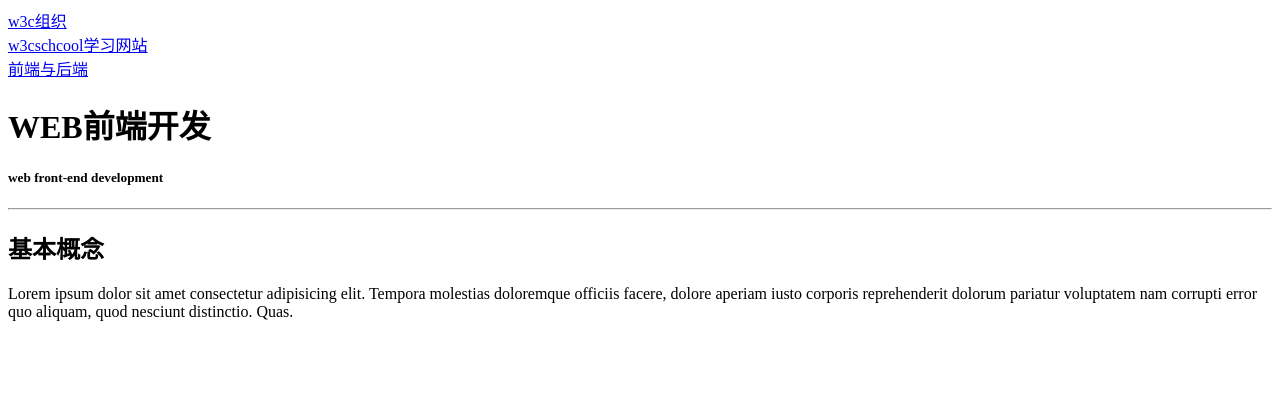
Repository: kankda11/WebProject1
Page: front.html
These files come from the project's save history. The page is drawn as it stood at one moment and after a run of saves; the edit follows.
The browser window is 1280 px wide. The pictures show the whole page.

Above is the page before, as saved 2020-07-11 14:28:43.

After the next 2 saves:
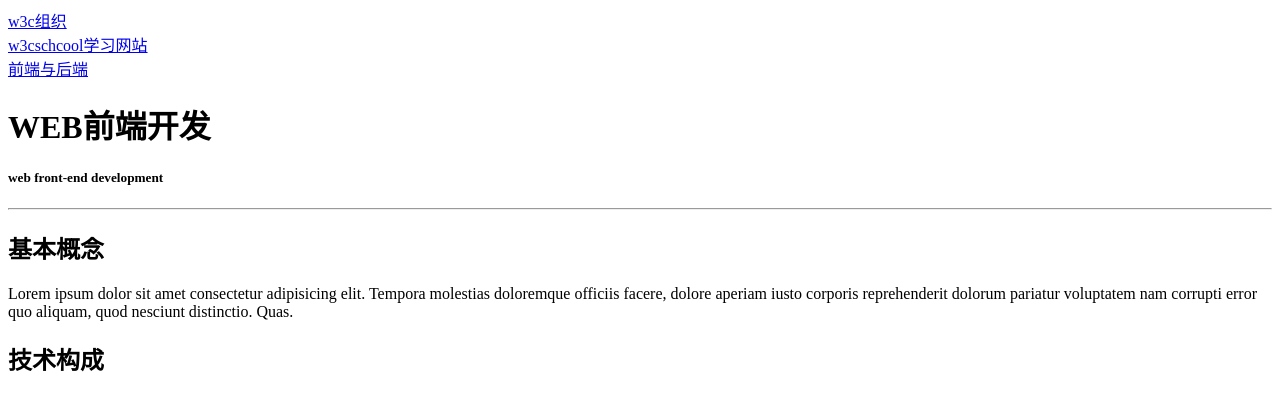
The 2 saves are shown as one change because they came seconds apart.
The last was saved 8 s later.
--- a/front.html
+++ b/front.html
@@ -14,7 +14,7 @@
     <hr />
     <h2>基本概念</h2>
     <p>Lorem ipsum dolor sit amet consectetur adipisicing elit. Tempora molestias doloremque officiis facere, dolore aperiam iusto corporis reprehenderit dolorum pariatur voluptatem nam corrupti error quo aliquam, quod nesciunt distinctio. Quas.</p>
-    <h2></h2>
+    <h2>技术构成</h2>
     <p></p>
     <p></p>
     <p></p>
